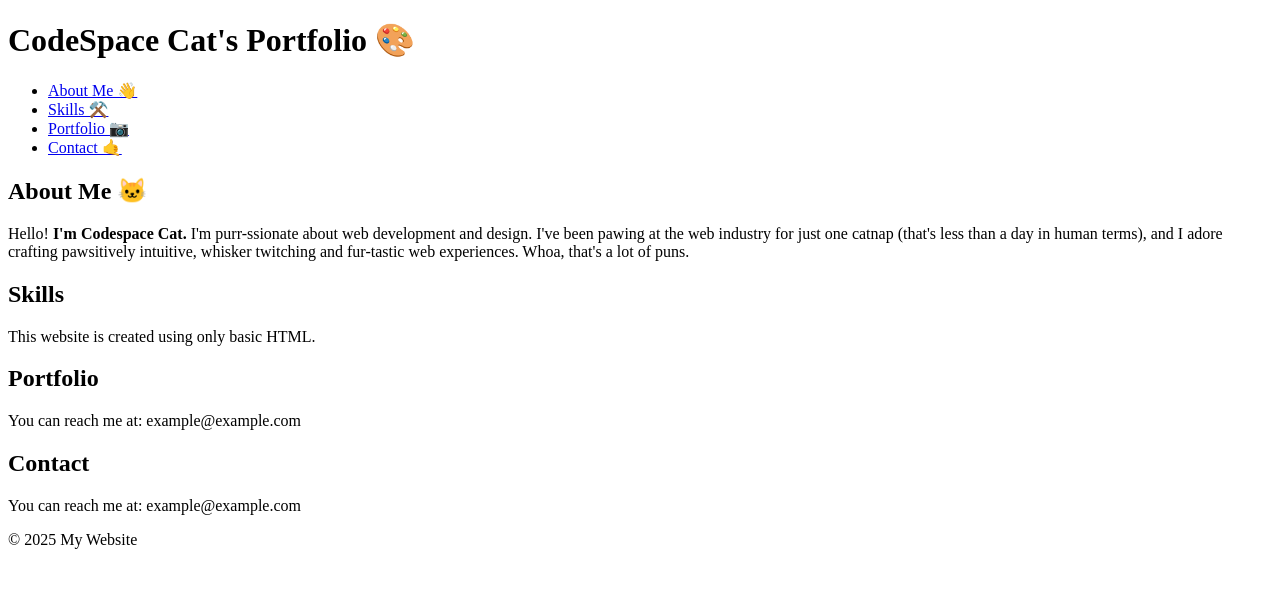
Repository: andajonas/Module_04_ANDJON25111_fto2502_A2_Anda-Jonas_SDF02
Page: index.html
These files come from the project's save history. The page is drawn as it stood at one moment and after a run of saves; the edit follows.
The browser window is 1280 px wide. The pictures show the whole page.

Above is the page before, as saved 2025-03-05 09:12:52.

After the next 2 saves:
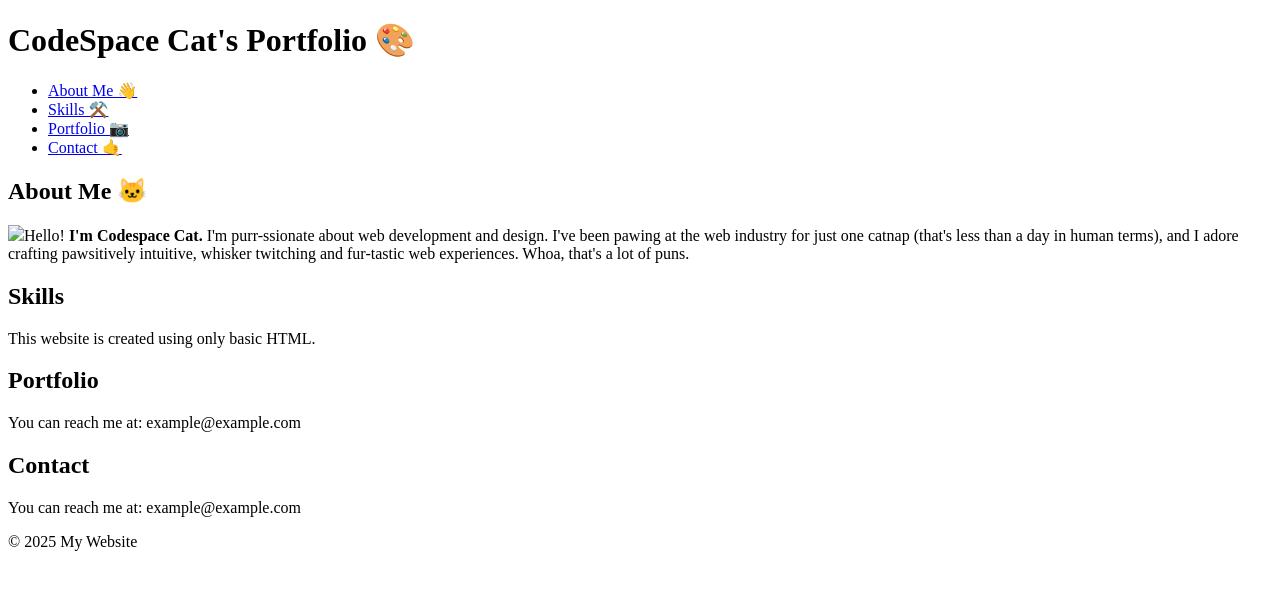
Not found: cat-codespace.png
The 2 saves are shown as one change because they came seconds apart.
The last was saved 16 s later.
--- a/index.html
+++ b/index.html
@@ -17,7 +17,7 @@
     </nav>
     <section id="about me">
         <h2>About Me 🐱</h2>
-        <img src=""
+        <img src="cat-codespace.png"
         <p>Hello! <b>I'm Codespace Cat.</b> I'm purr-ssionate about web development and design. I've been pawing at the web industry for just one catnap (that's less than a day in human terms), and I adore crafting pawsitively intuitive, whisker twitching and fur-tastic web experiences. Whoa, that's a lot of puns. </p>
     </section>
     <section id="skills">
